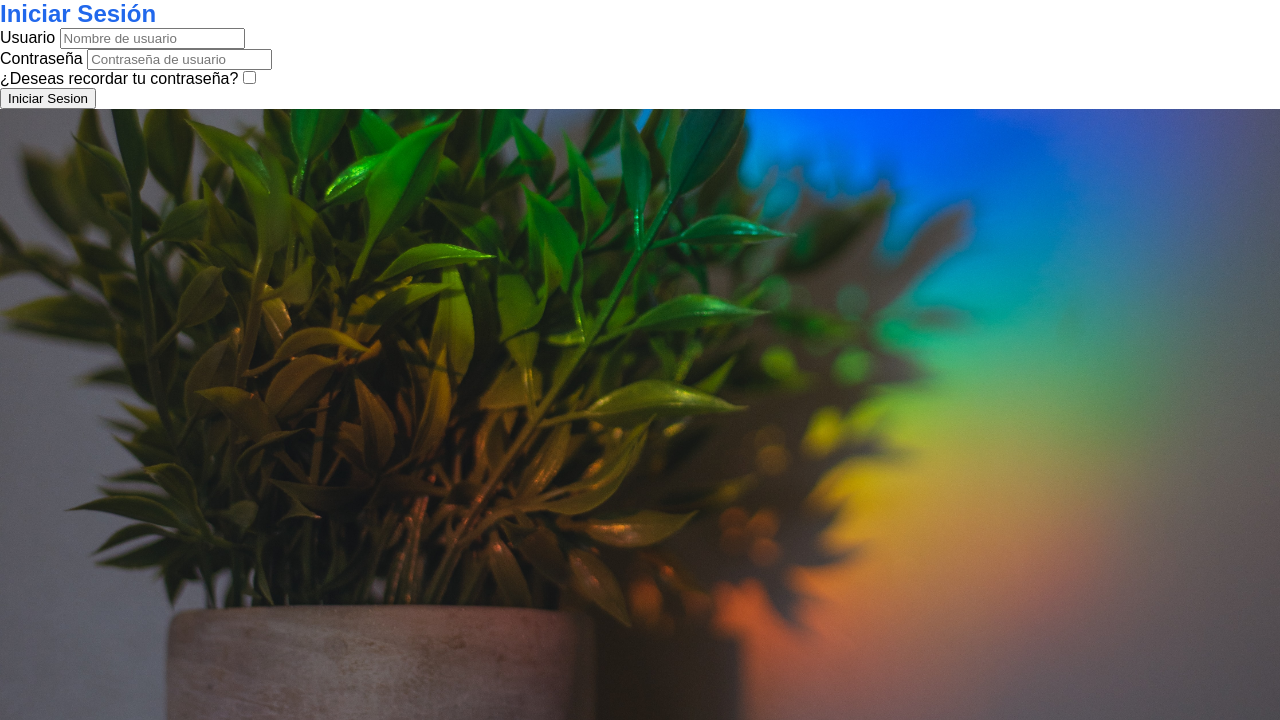
Repository: TzMichaelYT/ModuloHTMLCSS
Page: formularioHTML/index.html
These files come from the project's save history. The page is drawn as it stood at one moment and after the next save; the edit follows.
The browser window is 1280 px wide. The pictures show the whole page.

Above is the page before, as saved 2021-07-14 19:54:21.

After the next save:
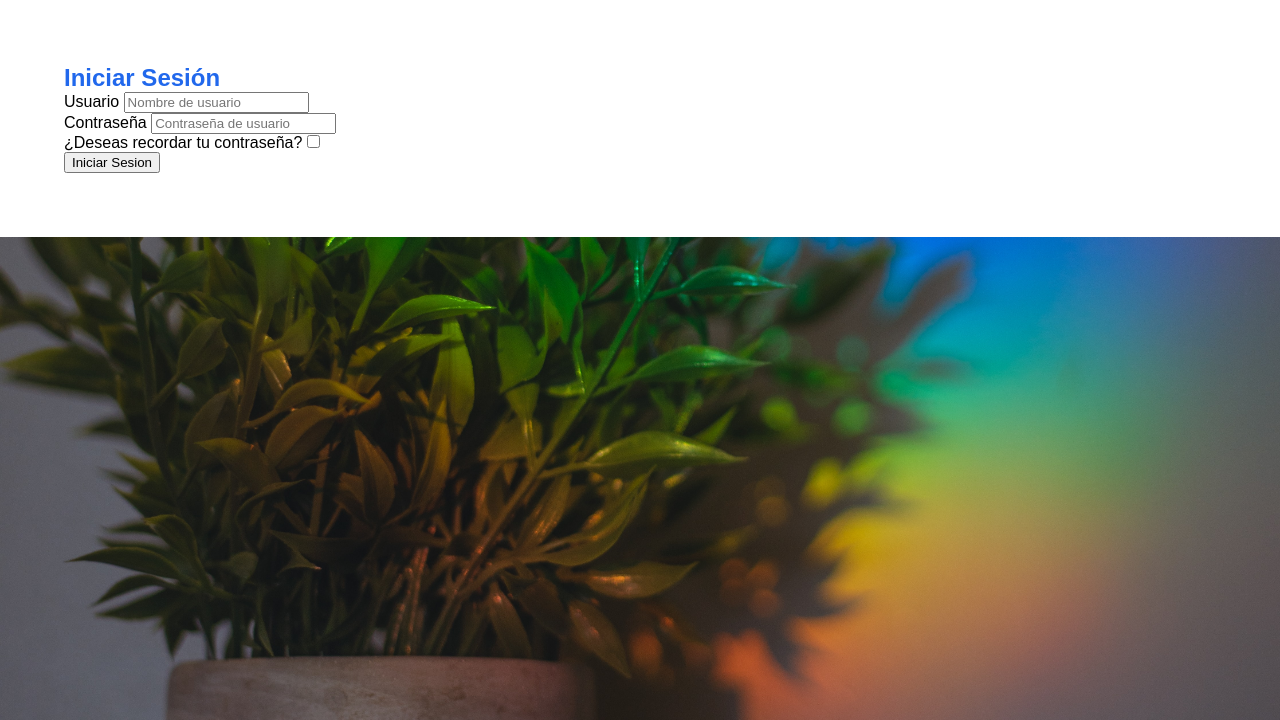
Saved 60 s later.
--- a/formularioHTML/styles/styles.css
+++ b/formularioHTML/styles/styles.css
@@ -22,6 +22,10 @@
     background-color: #fff;
 }
 
+.form-container {
+    padding: 4rem;
+}
+
 /* contenedores de inputs */
 
 /* estilos de botones */
